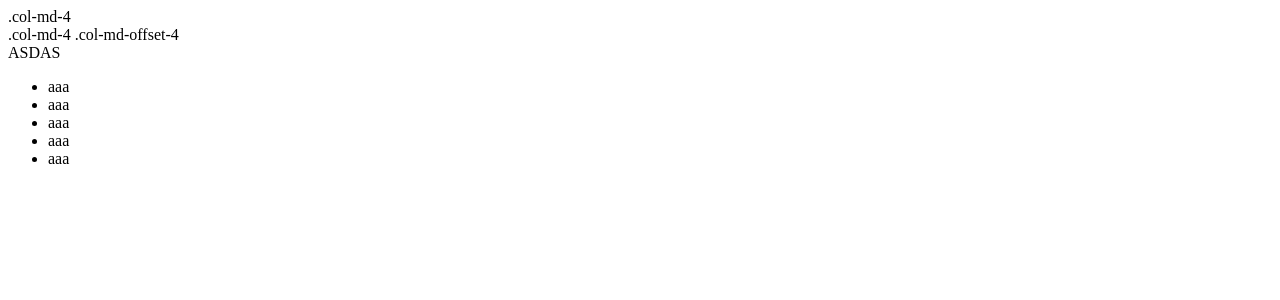
Repository: anamariagr/hello-blog
Page: hello_blog_angular/app/views/create.html
These files come from the project's save history. The page is drawn as it stood at one moment and after the next save; the edit follows.
The browser window is 1280 px wide. The pictures show the whole page.

Above is the page before, as saved 2021-12-17 10:31:33.

After the next save:
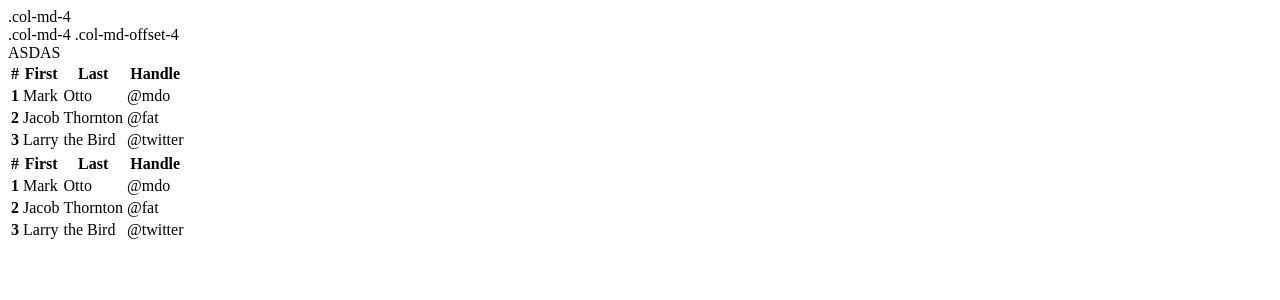
Saved 45 s later.
--- a/hello_blog_angular/app/views/create.html
+++ b/hello_blog_angular/app/views/create.html
@@ -19,13 +19,67 @@
               </div>
               <div class="col-md-5">
                 <div class="card">
-                  <ul class="posts-resent">
-                      <li>aaa</li>
-                      <li>aaa</li>
-                      <li>aaa</li>
-                      <li>aaa</li>
-                      <li>aaa</li>
-                  </ul>
+                  <table class="table">
+                    <thead class="thead-dark">
+                      <tr>
+                        <th scope="col">#</th>
+                        <th scope="col">First</th>
+                        <th scope="col">Last</th>
+                        <th scope="col">Handle</th>
+                      </tr>
+                    </thead>
+                    <tbody>
+                      <tr>
+                        <th scope="row">1</th>
+                        <td>Mark</td>
+                        <td>Otto</td>
+                        <td>@mdo</td>
+                      </tr>
+                      <tr>
+                        <th scope="row">2</th>
+                        <td>Jacob</td>
+                        <td>Thornton</td>
+                        <td>@fat</td>
+                      </tr>
+                      <tr>
+                        <th scope="row">3</th>
+                        <td>Larry</td>
+                        <td>the Bird</td>
+                        <td>@twitter</td>
+                      </tr>
+                    </tbody>
+                  </table>
+
+                  <table class="table">
+                    <thead class="thead-light">
+                      <tr>
+                        <th scope="col">#</th>
+                        <th scope="col">First</th>
+                        <th scope="col">Last</th>
+                        <th scope="col">Handle</th>
+                      </tr>
+                    </thead>
+                    <tbody>
+                      <tr>
+                        <th scope="row">1</th>
+                        <td>Mark</td>
+                        <td>Otto</td>
+                        <td>@mdo</td>
+                      </tr>
+                      <tr>
+                        <th scope="row">2</th>
+                        <td>Jacob</td>
+                        <td>Thornton</td>
+                        <td>@fat</td>
+                      </tr>
+                      <tr>
+                        <th scope="row">3</th>
+                        <td>Larry</td>
+                        <td>the Bird</td>
+                        <td>@twitter</td>
+                      </tr>
+                    </tbody>
+                  </table>
                               </div>
               </div>
           </div>
